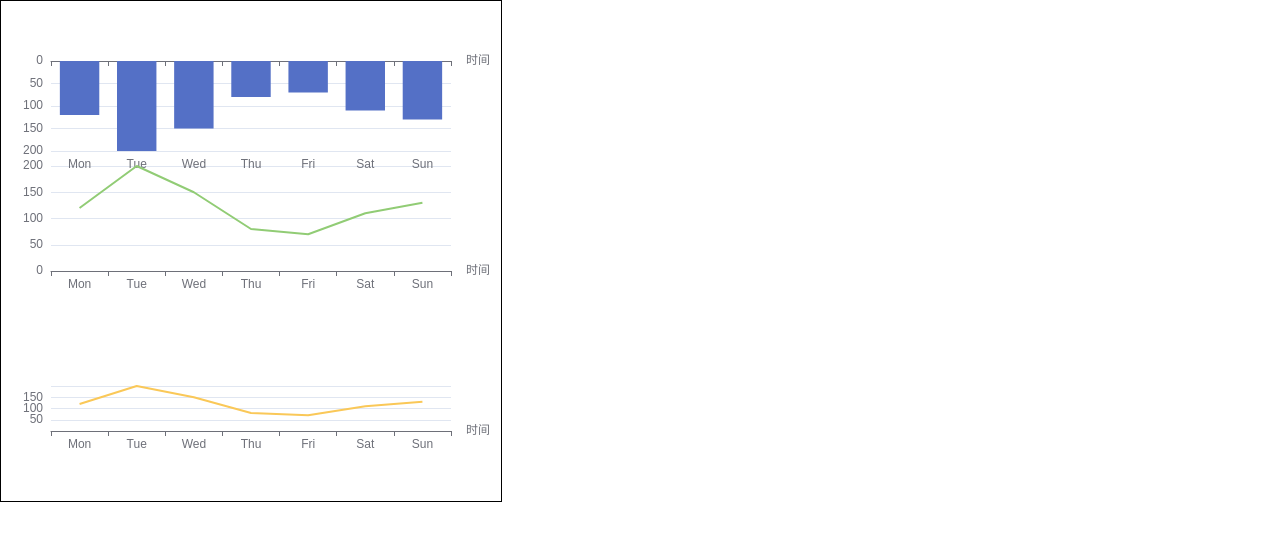
Repository: LeP-Ton/curve
Page: /
An editor plug-in stored every save of this project. The page is shown before and after the next save, followed by the edit.
The browser window is 1280 px wide. The pictures show the whole page.
The project was rebuilt for these pictures with package versions that can differ from the ones it lists, and the page was loaded fresh each time.

Above is the page before, as saved 2022-08-18 20:24:04.

### src/index.js
import React from "react";
import ReactDOM from "react-dom/client";
import "./index.css";
import Echart from "./Echart";
import reportWebVitals from "./reportWebVitals";

const root = ReactDOM.createRoot(document.getElementById("root"));
const option = {
  tooltip: {
    trigger: "axis",
    // formatter:function(params){
    //   console.log("---",params[0]);
    //   return(`${params[0].axisId}:${params[0].axisValue} ${params[0].seriesName}:${params[0].value}`)
    // }
  },
  xAxis: [
    {
      name: "时间",
      type: "category",
      data: ["Mon", "Tue", "Wed", "Thu", "Fri", "Sat", "Sun"],
    },
    {
      name: "时间",
      type: "category",
      data: ["Mon", "Tue", "Wed", "Thu", "Fri", "Sat", "Sun"],
      gridIndex: 1
    },
    {
      name: "时间",
      type: "category",
      data: ["Mon", "Tue", "Wed", "Thu", "Fri", "Sat", "Sun"],
      gridIndex: 2
    },
  ],
  yAxis: [
    {
      type: "value",
      inverse: true,
    },
    {
      gridIndex: 1
    },
    {
      gridIndex: 2
    }

  ],
  grid: [
    {
      bottom: '70%'
    },
    {
      top: '33%',
      bottom:'46%'
    },
    {
      top: '77%',
    }
  ],
  series: [
    {
      name: "温度",
      data: [120, 200, 150, 80, 70, 110, 130],
      type: "bar",
    },
    {
      name: "宽度",
      type: "line",
      showSymbol: false,
      data: [120, 200, 150, 80, 70, 110, 130],
      xAxisIndex: 1,
      yAxisIndex: 1,
    },
    {
      name: "长度",
      type: "line",
      showSymbol: false,
      data: [120, 200, 150, 80, 70, 110, 130],
      xAxisIndex: 2,
      yAxisIndex: 2,
    }
  ],
};
root.render(
  <React.StrictMode>
    <Echart options={option} style={{width:'500px', height: "500px" ,border: '1px solid'}} />
  </React.StrictMode>
);

// If you want to start measuring performance in your app, pass a function
// to log results (for example: reportWebVitals(console.log))
// or send to an analytics endpoint. Learn more: https://bit.ly/CRA-vitals
reportWebVitals();

### src/Echart.js
import React, {
  useEffect,
  useRef,
  useState
} from 'react';
import * as echarts from 'echarts';

const Echart = props => {
  const { options, style } = props;
  const chartRef = useRef();
  const [myChart, setMyChart] = useState(null);

  const resizeEcharts = () => {
    myChart.resize();
  };

  useEffect(() => {
    setMyChart(echarts.init(chartRef.current));
  }, []);

  useEffect(() => {
    if (myChart) {
      window.addEventListener('resize', resizeEcharts);
      return () => {
        window.removeEventListener('resize', resizeEcharts);
        myChart.dispose();
        setMyChart(null);
      };
    }
  }, [myChart]);

  useEffect(() => {
    myChart && myChart.setOption(options);
  }, [myChart, options]);

  return <div ref={chartRef} className="default-charts" style={style} />;
};

export default Echart;

Loaded but not shown: public/index.html (common file); src/index.css (common file); src/reportWebVitals.js (common file)

After the next save:
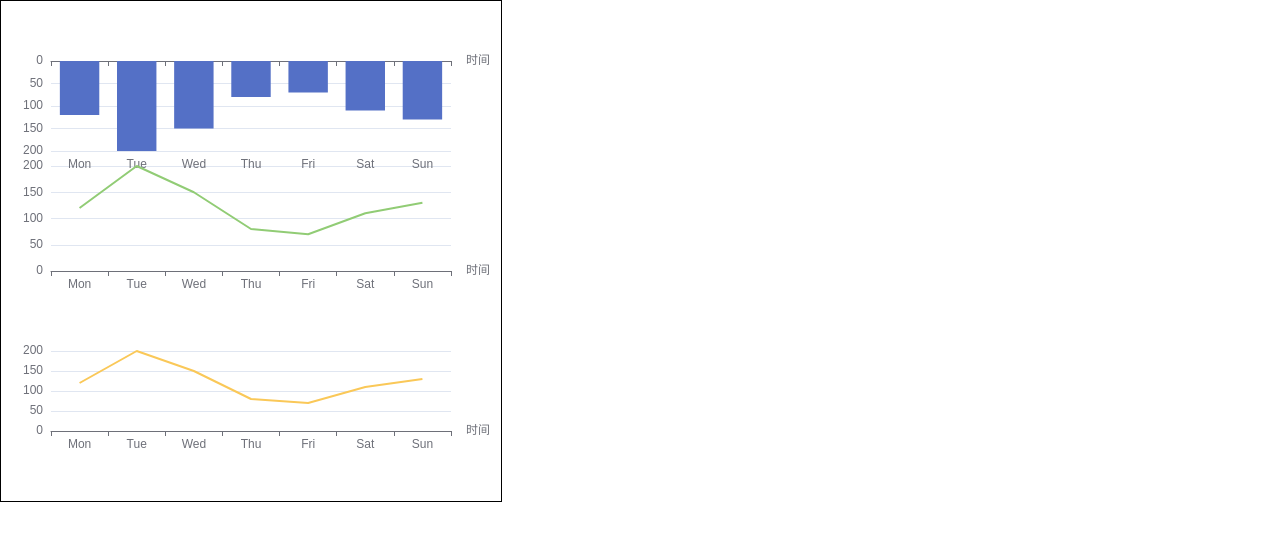
Saved 6 s later.
--- a/src/index.js
+++ b/src/index.js
@@ -54,7 +54,7 @@ const option = {
       bottom:'46%'
     },
     {
-      top: '77%',
+      top: '70%',
     }
   ],
   series: [
